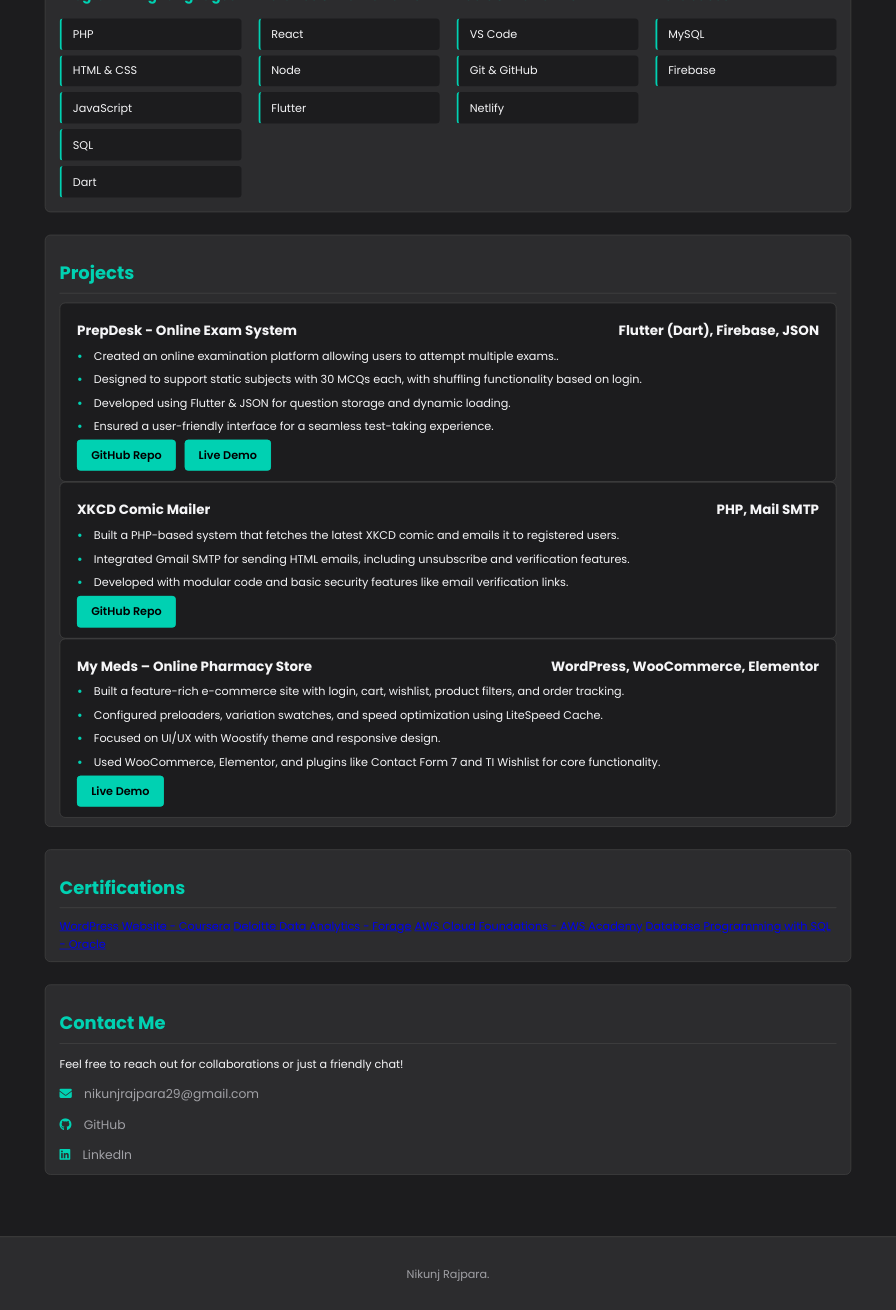
Repository: NikunjRajpara/portfolio
Page: index.html
An editor plug-in stored every save of this project. The page is shown before and after the next save, followed by the edit.
The browser window is 1280 px wide. The pictures show the part of the page from y = 1666 to 3586 px (the page is 3538 px tall before and 3586 px after), at 70% of full size.

Above is the page before, as saved 2025-07-23 11:12:17.

After the next save:
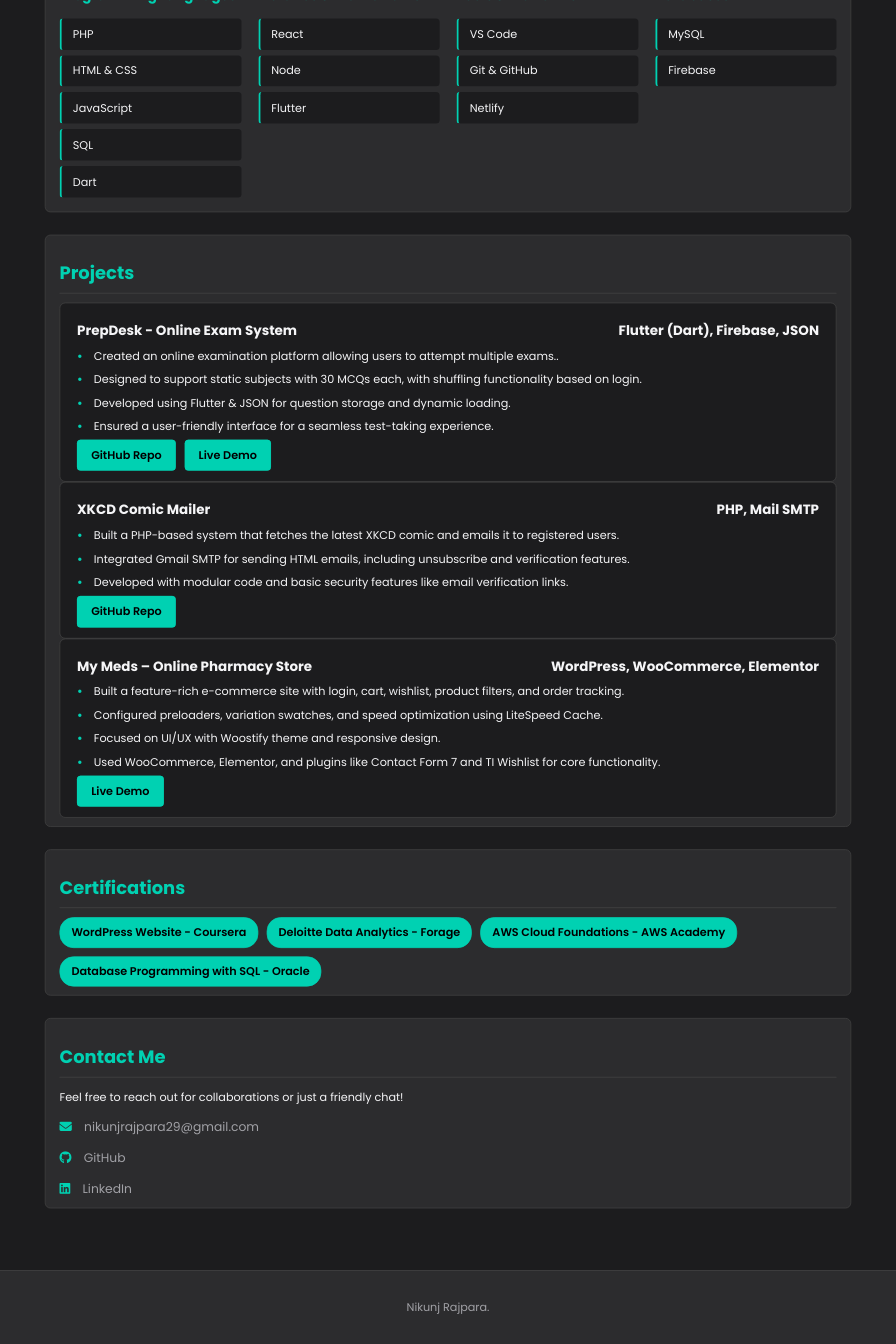
Saved 9 s later.
--- a/style.css
+++ b/style.css
@@ -389,22 +389,26 @@ footer {
     }
 }
 
-.certifications-list {
-    list-style: none;
-    padding-left: 0;
-}
-
-.certifications-list li {
-    padding-left: 1.5rem;
-    position: relative;
-    margin-bottom: 0.5rem;
-}
-
-.certifications-list li::before {
-    content: '•';
-    color: var(--primary-neon);
-    font-weight: bold;
+.certifications-container {
+    display: flex;
+    flex-wrap: wrap;
+    gap: 0.75rem;
+}
+
+.cert-badge {
     display: inline-block;
-    position: absolute;
-    left: 0;
-}
+    background-color: var(--primary-neon);
+    color: #000;
+    padding: 0.5rem 1rem;
+    border-radius: 20px;
+    font-weight: 600;
+    text-decoration: none;
+    transition: background-color 0.3s ease, color 0.3s ease, box-shadow 0.3s ease;
+    border: 1px solid var(--primary-neon);
+}
+
+.cert-badge:hover {
+    background-color: transparent;
+    color: var(--primary-neon);
+    box-shadow: 0 0 10px rgba(0, 209, 178, 0.6);
+}
